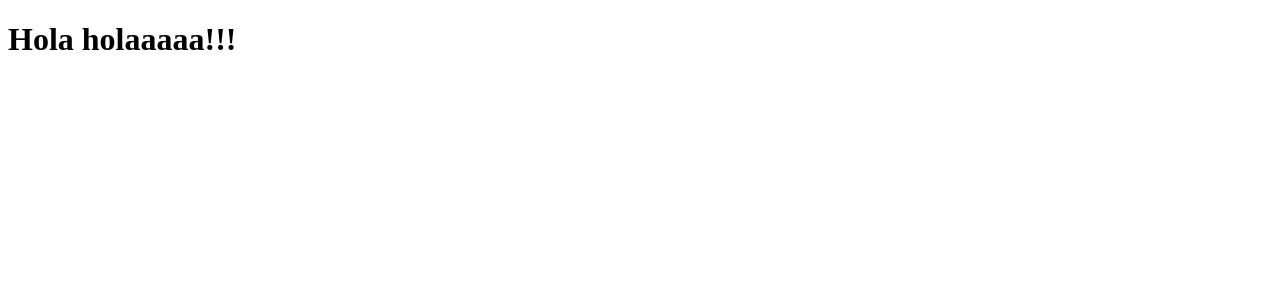
Repository: davidjaraujop/MyWeb
Page: web.html
An editor plug-in stored every save of this project. The page is shown before and after the next save, followed by the edit.
The browser window is 1280 px wide. The pictures show the whole page.

Above is the page before, as saved 2023-04-02 04:15:17.

After the next save:
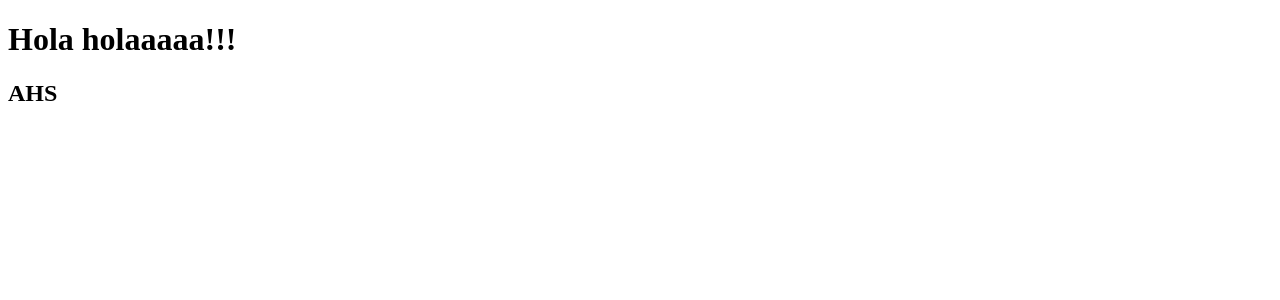
Saved 13 h 51 min later.
--- a/web.html
+++ b/web.html
@@ -8,6 +8,7 @@
             <h1>
                 Hola holaaaaa!!!
             </h1>
+            <h2>AHS</h2>
         </div>
     </body>
 </html>
